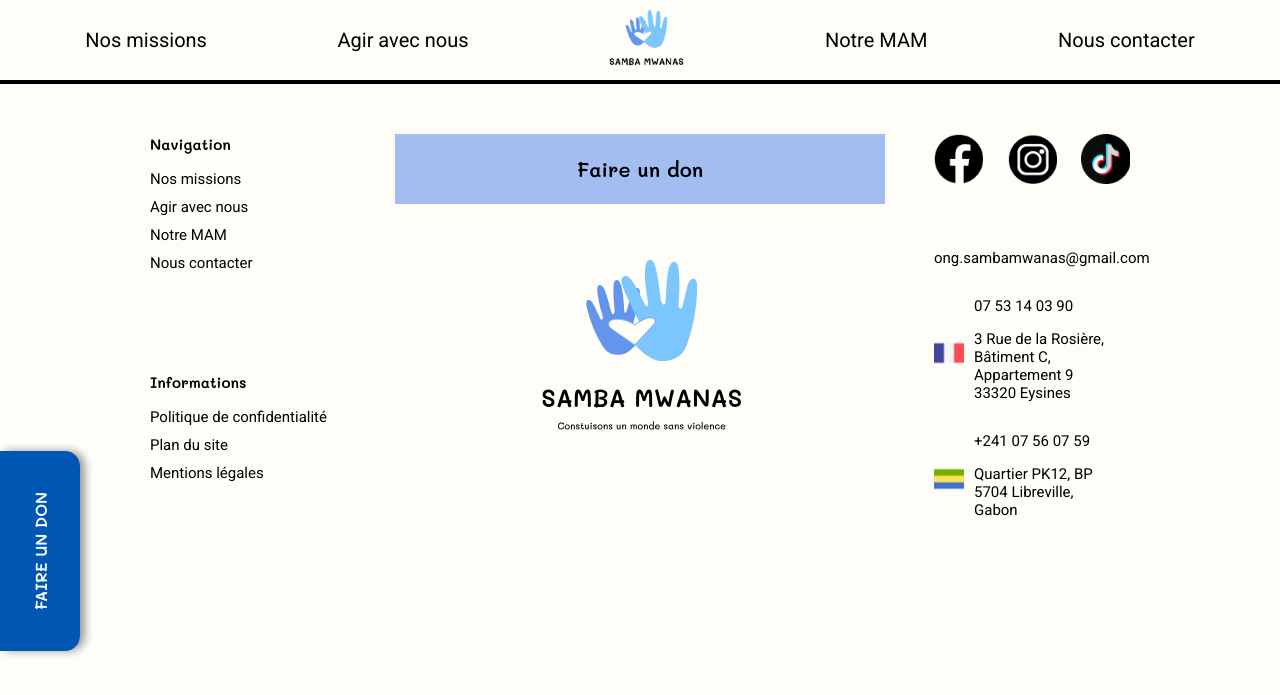
Repository: Danie-lDasilva/Samba-Mwanas
Page: Politique de confidentialité.html
These files come from the project's save history. The page is drawn as it stood at one moment and after the next save; the edit follows.
The browser window is 1280 px wide. The pictures show the whole page.
The pointer rests on the first visible `.Don`.

Above is the page before, as saved 2025-03-07 10:52:27.

### Politique de confidentialité.html
<!DOCTYPE html>
<html lang="fr">
<head>
    <meta charset="UTF-8">
    <meta name="viewport" content="width=device-width, initial-scale=1.0">
    <title>Politique de Confidentialité</title>
    <link rel="preconnect" href="https://fonts.googleapis.com">
    <link rel="preconnect" href="https://fonts.gstatic.com" crossorigin>
    <link href="https://fonts.googleapis.com/css2?family=Mali:wght@600&family=Roboto:ital,wdth@0,75;1,75&display=swap" rel="stylesheet">


    <link rel="stylesheet" href="assets/css/style.css">
</head>
<body>
    <header>
        <nav>
            <ul>
                <li>
                    <a href="Nos missions.html">Nos missions</a>
                </li>
                <li>
                    <a href="Agir avec nous.html">Agir avec nous</a>
                </li>
                <li class="Logo">
                    <a href="index.html">
                        <img src="assets/img/Fichier 2.png" alt="Logo Samba Mwanas, retour à l'accueil">
                    </a>
                </li>
                <li>
                    <a href="Notre MAM.html">Notre MAM</a>
                </li>
                <li>
                    <a href="Nous contacter.html">Nous contacter</a>
                </li>
            </ul>
        </nav>
    </header>

    <main>
        <div id="Don" class="Don">
            <a href="https://www.helloasso.com/associations/association-samba-mwanas/formulaires/1" target="_blank">FAIRE UN DON</a>
        </div>
    </main>

    <footer>
        <div class="Footer">

        <div class="FooterInfos">
            <div class="Lien">
                <p class="titre">
                    Navigation
                </p>

                <nav class="InfoMarge">
                    <ul>
                        <li>
                            <a href="Nos missions.html">Nos missions</a>
                        </li>

                        <li>
                            <a href="Agir avec nous.html">Agir avec nous</a>
                        </li>

                        <li>
                            <a href="Notre MAM.html">Notre MAM</a>
                        </li>

                        <li>
                            <a href="Nous contacter.html">Nous contacter</a>
                        </li>
                    </ul>
                </nav>
            </div>

            <div class="Lien">
                <p class="titre">
                    Informations
                </p>

                <nav>
                    <ul>
                        <li>
                            <a href="Politique de confidentialité.html">Politique de confidentialité</a>
                        </li>

                        <li>
                            <a href="Plan du site.html">Plan du site</a>
                        </li>

                        <li>
                            <a href="Mentions légales.html">Mentions légales</a>
                        </li>
                    </ul>
                </nav>
            </div>
        </div>

        <div class="FooterCentre">
            <div class="FooterDon">
                <a href="https://www.helloasso.com/associations/association-samba-mwanas/formulaires/1" target="_blank">Faire un don</a>
            </div>

            <a href="index.html" class="FooterLogo" target="_blank">
                <img src="assets/img/LOGO_Logo principal.svg" alt="Logo Samba Mwanas, Retour à l'acceuil">
            </a>
        </div>

        <div class="FooterInfos">
            <nav class="FooterRéseaux">
                <ul>
                    <li>
                        <a href="https://www.facebook.com/Sambamwanas?locale=fr_FR" target="_blank">
                            <img src="assets/img/facebook.png" alt="Logo facebook, Lien vers le facebook de Samba Mwanas">
                        </a>
                    </li>

                    <li>
                        <a href="https://www.instagram.com/ongsambamwanas/" target="_blank">
                            <img src="assets/img/instagram.png" alt="Logo instagram, Lien vers la page instagram de Samba Mwanas">
                        </a>
                    </li>

                    <li>
                        <a href="https://www.tiktok.com/@ong.samba.mwanas" target="_blank">
                            <img src="assets/img/tik-tok.png" alt="Logo tiktok, Lien vers la page Tiktok de Samba Mwanas">
                        </a>
                    </li>
                </ul>
            </nav>

            <p>
                ong.sambamwanas@gmail.com
            </p>


            <div class="FooterContact">
                <div>
                    <img src="assets/img/france.png" alt="Drapeau de France" class="FooterDrapeau">
                </div>

                <div>
                    <p>
                        07 53 14 03 90
                    </p>

                    <p>
                        3 Rue de la Rosière, <br>
                        Bâtiment C, Appartement 9 <br>
                        33320 Eysines
                    </p>
                </div>
            </div>

            <div class="FooterContact">
                <div>
                    <img src="assets/img/gabon.png" alt="Drapeau du gabon" class="FooterDrapeau">
                </div>

                <div>
                    <p>
                        +241 07 56 07 59
                    </p>

                    <p>
                        Quartier PK12, BP 5704 Libreville, <br>
                        Gabon

                    </p>
                </div>
            </div>
        </div>

    </div>
    </footer>
</body>
</html>

### assets/css/style.css
/* Header */
body {
    margin: 0;
    background-color: #FFFDF8;
    overflow-x: hidden;
}

header {
    height: 80px;
    display: flex;
    justify-content: space-between;
    align-items: center;
    border-bottom: 2px solid black;
    padding: 0 20px;
}

header ul {
    display: flex;
    width: 100%;
    justify-content: space-around;
    height: 100%;
    align-items: center;
    margin: 0;
    list-style: none;
    padding: 0;
}

header li {
    margin: 0 10px;
}

a {
    text-decoration: none;
    font-family: "Roboto", sans-serif;
    font-optical-sizing: auto;
    font-weight: 400;
    font-style: normal;
    font-variation-settings: "wdth" 75;
    color: black;
    font-size: 20px;
}

header a {
    text-decoration: none;
    font-family: "Roboto", sans-serif;
    font-optical-sizing: auto;
    font-weight: 400;
    font-style: normal;
    font-variation-settings: "wdth" 75;
    color: black;
    font-size: 20px;
    white-space: nowrap;
    position: relative;
    transition: color .3s ease;
    padding: 5px 10px;
}

header a:not(:has(img))::before {
    content: '';
    position: absolute;
    width: calc(100% + 10px);
    height: calc(100% + 10px);
    top: -5px;
    left: -5px;
    border-radius: 10px;
    border: 3px solid transparent;
    visibility: hidden;
    transform: scale(0);
    transition: all .3s ease-in-out;
    z-index: -1;
}

header a:not(:has(img))::after {
    content: '';
    position: absolute;
    width: calc(100% + 10px);
    height: calc(100% + 10px);
    top: -5px;
    left: -5px;
    border-radius: 10px;
    border: 3px solid transparent;
    visibility: hidden;
    z-index: 0;
}

header a:not(:has(img)):hover {
    color: #6495ED;
}

header a:not(:has(img)):hover::before,
header a:not(:has(img)):hover::after {
    visibility: visible;
    transform: scale(1);
}

header nav {
    display: flex;
    align-items: center;
    width: 100%;
}

.Logo {
    height: 60px;
    width: auto;
}

.Logo img {
    height: 100%;
    width: auto;
    overflow: hidden;
}

@media (max-width: 1024px) {
    a {
        font-size: 18px;
    }
}

/* Responsive adjustments */
@media (max-width: 768px) {
    header {
        height: auto;
        padding: 10px 20px;
    }

    header ul {
        flex-wrap: wrap;
        justify-content: space-between;
    }

    header li {
        margin: 0 5px;
    }

    a {
        font-size: 14px;
        padding: 5px 10px;
    }

    .Logo {
        height: 40px;
    }

    .Logo img {
        height: 100%;
        width: auto;
    }
}

/* Landing page */
.Landing {
    position: relative;
    height: calc(100vh - 80px);
    overflow: hidden;
    display: flex;
    justify-content: center;
    align-items: center;
    text-align: center;
}

.Landing::before {
    content: "";
    position: absolute;
    top: 0;
    left: 0;
    width: 100%;
    height: 100%;
    background-color: rgba(0, 0, 0, 0.5); /* Fond noir avec opacité */
    z-index: 1;
}

.Landing picture,
.Landing img {
    position: absolute;
    top: 0;
    left: 0;
    width: 100%;
    height: 100%;
    object-fit: cover;
    z-index: 0;
}

.Landing h1 {
    position: relative;
    color: white;
    z-index: 2; /* Assurez-vous que le texte est au-dessus du fond noir */
    padding: 20px;
    border-radius: 10px;
    font-family: "Mali", cursive;
    font-weight: 600;
    font-style: normal;
    font-size: 4em;
    line-height: 1.2;
}

.Landing h1 span {
    font-size: 0.5em;
    line-height: 1.2;
}

@media (max-width: 768px) {
    .Landing h1 {
        font-size: 1.5em;
        line-height: 1.2;
    }

    .Landing h1 span {
        font-size: 0.9em;
        line-height: 1.2;
    }
}

/* Infos */
.Infos p {
    margin-bottom: 0;
}

h2 {
    font-family: "Mali", cursive;
    font-weight: 600;
    font-style: normal;
    margin-top: 0;
}

.Infos article {
    padding-left: 150px;
    padding-right: 150px;
}

.Texte {
    width: 60%;
    font-family: "Roboto", sans-serif;
}

.Illu {
    width: 30%;
}

.Illustrations {
    width: 100%;
    height: auto;
    overflow: hidden;
}

.Illustrations img {
    width: 90%;
    height: auto;
}

/* Qui sommes nous? */
.Art1 {
    background-color: rgb(124 198 254 / 50%);
    height: auto;
    min-height: 350px;
    padding-top: 20px;
    padding-bottom: 20px;
    display: flex;
    justify-content: space-between;
    align-items: center;
}

.ArtCoeur1 {
    width: 60px;
    rotate: 10deg;
    height: auto;
    position: relative;
    left: 95%;
}

.ArtCoeur1 img {
    width: 100%;
    height: auto;
}

/* Notre histoire */
.Art2 {
    padding-top: 20px;
    padding-bottom: 20px;
    height: auto;
    min-height: 350px;
    display: flex;
    justify-content: space-between;
    align-items: center;
}

.Illu {
    display: flex;
    flex-direction: column;
}

.ArtCoeur2 {
    width: 20%;
}

.ArtCoeur2 img {
    width: 74px;
    height: auto;
}

.Livre {
    position: relative;
    left: 15%;
}

/* Nos Missions */
.Art3 {
    background-color: rgb(162 190 241);
    padding-bottom: 20px;
    padding-top: 20px;
    height: auto;
    min-height: 350px;
    display: flex;
    justify-content: space-between;
    align-items: center;
}

.HR1 {
    width: 40%;
    height: 3px;
    border: none;
    margin-top: 20px;
    background-color: rgb(124 198 254 / 50%);
}

.HR2 {
    width: 40%;
    height: 3px;
    border: none;
    margin-bottom: 20px;
    background-color: rgb(162 190 241);
}

/* Faire un don */
.Don {
    background-color: #A2BEF0;
    width: 200px;
    height: 50px;
    justify-content: center;
    border-radius: 0 0 15px 15px;
    display: flex;
    align-items: center;
    position: fixed;
    bottom: 20%;
    left: 0;
    z-index: 5;
    transform: rotate(270deg) translateY(-75px);
    transition: all .3s ease;
}

.Don a {
    display: flex;
    justify-content: center;
    align-items: center;
    width: 100%;
    height: 100%;
    color: black;
    text-decoration: none;
    font-family: "Mali", cursive;
    font-weight: 600;
    font-size: 16px;
}

.Don:hover {
    height: 80px;
    background-color: #0056b3;
    box-shadow: 0 5px 8px rgba(0, 0, 0, .4);
    transform: rotate(270deg) translateY(-60px) translateX(-15px);
}

.Don:hover a {
    color: white;
}

/* Notre équipe */
.NotreEquipe {
    display: flex;
    justify-content: center;
    align-items: center;
    flex-direction: column;
    margin-top: 50px;
}

.NotreEquipe h2 {
    font-size: 40px;
    margin-bottom: 20px;
}

.Ligne {
    display: flex;
    flex-wrap: wrap;
    justify-content: space-between;
    padding-left: 150px;
    padding-right: 150px;
    margin-bottom: 50px;
}

.Photo {
    width: 200px;
    height: 200px;
    border-radius: 50%;
    overflow: hidden;
    display: flex;
    align-items: center;
    justify-content: center;
    margin-bottom: 15px;
}

.Photo img {
    width: 100%;
    height: auto;
}

.Personne {
    display: flex;
    flex-direction: column;
    align-items: center;
    margin-bottom: 70px;
    width: 23%;
}

.Personne strong {
    font-family: "Mali", cursive;
    font-weight: 600;
    font-style: normal;
    font-size: 20px;
    margin-bottom: 10px;
}

.Personne p {
    font-family: "Roboto", sans-serif;
    font-optical-sizing: auto;
    font-weight: 400;
    font-style: normal;
    font-variation-settings: "wdth" 75;
    margin-top: 10px;
    margin-bottom: 10px;
}

/* Footer */
footer {
    border-top: 2px solid black;
}

footer p {
    font-family: "Roboto", sans-serif;
    font-optical-sizing: auto;
    font-weight: 400;
    font-style: normal;
    font-variation-settings: "wdth" 75;
    font-size: 15px;
}

.Footer {
    display: flex;
    justify-content: space-between;
    margin-left: 150px;
    margin-right: 150px;
    margin-top: 50px;
}

.FooterCentre {
    width: 50%;
    height: 100%;
    display: flex;
    flex-direction: column;
    align-items: center;
}

.FooterInfos {
    width: 20%;
    height: auto;
}

.Lien li {
    list-style: none;
    margin-bottom: 10px;
}

.InfoMarge {
    margin-bottom: 100px;
}

.Lien ul {
    padding-left: 0;
}

.Lien a {
    text-decoration: none;
    font-family: "Roboto", sans-serif;
    font-optical-sizing: auto;
    font-weight: 400;
    font-style: normal;
    font-size: 15px;
    font-variation-settings: "wdth" 75;
    color: black;
}

.titre {
    font-family: "Mali", cursive;
    font-weight: 600;
    font-style: normal;
    margin-top: 0;
}

.FooterDon {
    display: flex;
    justify-content: center;
    align-items: center;
    height: 70px;
    width: 100%;
}

.FooterDon a {
    font-family: "Mali", cursive;
    font-weight: 600;
    font-style: normal;
    justify-content: center;
    display: flex;
    align-items: center;
    height: 100%;
    width: 100%;
    background-color: #A2BEF0;
}

.FooterDon:hover {
    box-shadow: 0 5px 8px rgba(0, 0, 0, .4);
}

.FooterDon:hover a {
    color: white;
    background-color: #0056b3;
}

.FooterLogo {
    height: auto;
    width: 55%;
}

.FooterDrapeau {
    height: 30px;
    width: auto;
    padding-top: 10px;
}

.FooterContact {
    display: flex;
    align-items: center;
}

.FooterContact p {
    margin-left: 10px;
}

.FooterRéseaux {
    margin-bottom: 60px;
}

.FooterRéseaux img {
    width: 50px;
    height: auto;
}

.FooterRéseaux ul {
    display: flex;
    width: 100%;
    padding-left: 0;
    margin-top: 0;
    justify-content: space-between;
}

.FooterRéseaux li {
    width: 25%;
    height: auto;
    overflow: hidden;
}

/* Responsive adjustments */
@media (max-width: 1024px) {
    header ul {
        flex-direction: row;
        flex-wrap: wrap;
        height: auto;
    }

    header li {
        width: auto;
        justify-content: flex-start;
        padding: 10px 0;
    }

    header nav {
        width: auto;
    }

    .Infos article {
        padding-left: 50px;
        padding-right: 50px;
    }

    .Ligne {
        padding-left: 50px;
        padding-right: 50px;
    }

    .Photo {
        width: 150px;
        height: 150px;
    }

    .Personne {
        margin-bottom: 50px;
    }

    .Footer {
        flex-direction: column;
        margin-left: 50px;
        margin-right: 50px;
    }

    .FooterCentre,
    .FooterInfos {
        width: 100%;
    }

    .FooterDon {
        height: 50px;
    }
}

@media (max-width: 768px) {
    header {
        height: auto;
        padding: 10px 20px;
    }

    header ul {
        flex-wrap: wrap;
        justify-content: space-between;
    }

    header li {
        margin: 0 5px;
    }

    a {
        font-size: 14px;
        padding: 5px 10px;
    }

    .Logo {
        height: 40px;
    }

    .Logo img {
        height: 100%;
        width: auto;
    }

    .Landing h1 {
        font-size: 1.5em;
        line-height: 1.2;
    }

    .Landing h1 span {
        font-size: .9em;
        line-height: 1.2;
    }

    .Infos article {
        padding-left: 20px;
        padding-right: 20px;
    }

    .Ligne {
        padding-left: 20px;
        padding-right: 20px;
    }

    .Personne {
        width: 48%;
        margin-bottom: 30px;
    }

    .Photo {
        width: 120px;
        height: 120px;
    }

    .Footer {
        flex-direction: column;
        margin-left: 20px;
        margin-right: 20px;
    }

    .FooterInfos:first-of-type {
        width: 100%;
        display: flex;
        justify-content: space-around;
    }

    .FooterDon {
        height: 40px;
    }

    h1 {
        font-size: 2em;
    }

    h2 {
        font-size: 1.5em;
    }

    h3 {
        font-size: 1.2em;
    }

    p,
    a {
        font-size: .9em;
    }

    .ArtCoeur1 {
        position: static;
        margin: 0 60%;
        transform: rotate(0deg);
    }

    .FooterRéseaux ul {
        justify-content: space-around;
        margin-left: 100px;
        margin-right: 100px;
    }

    .FooterRéseaux li {
        display: flex;
        justify-content: center;
    }

    .FooterRéseaux img {
        width: 30px;
        height: auto;
    }

    .FooterContact {
        flex-direction: column;
        align-items: center;
        margin-top: 20px;
    }

    .FooterContact p {
        margin: 10px 0;
    }

    .FooterCentre {
        flex-direction: column;
        justify-content: center;
    }

    .FooterInfos:not(:first-of-type) {
        flex-direction: column;
        justify-content: center;
    }

    .Footer {
        display: flex;
        flex-direction: column;
        align-items: center;
    }

    .FooterRéseaux,
    .FooterContact,
    .FooterInfos:not(:first-of-type) {
        width: 100%;
        display: flex;
        justify-content: center;
        align-items: center;
    }

    .FooterContact p {
        margin: 10px 0;
    }
}

After the next save:
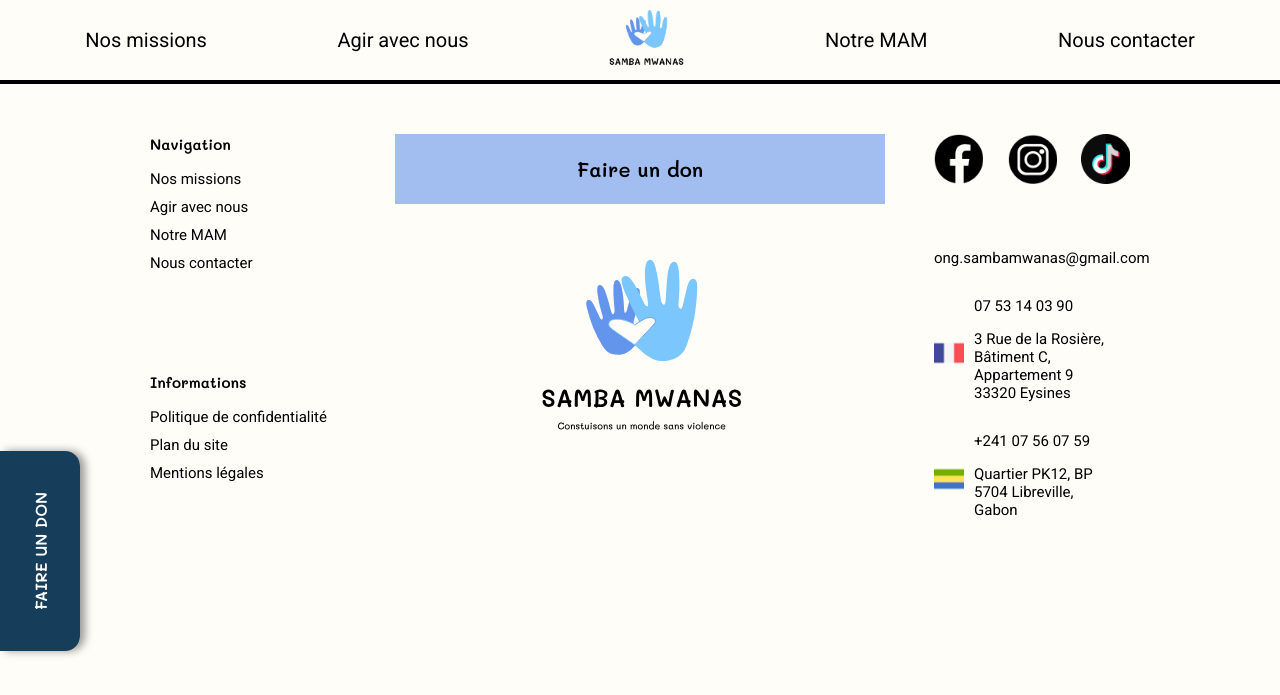
Saved 42 s later.
--- a/assets/css/style.css
+++ b/assets/css/style.css
@@ -362,7 +362,7 @@
 
 .Don:hover {
     height: 80px;
-    background-color: #0056b3;
+    background-color: #163d59;
     box-shadow: 0 5px 8px rgba(0, 0, 0, .4);
     transform: rotate(270deg) translateY(-60px) translateX(-15px);
 }
